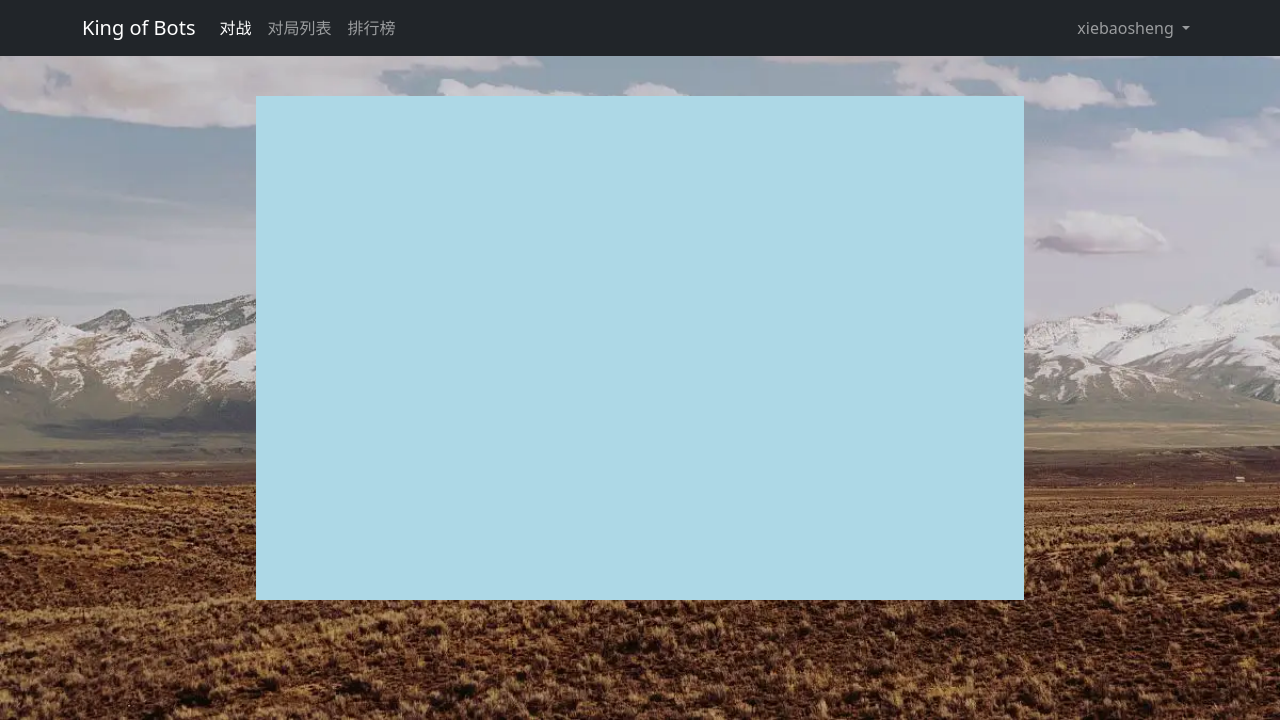
Repository: XieBaosheng/kob
Page: / (app in web/)
These files come from the project's save history. The page is drawn as it stood at one moment and after the next save; the edit follows.
The browser window is 1280 px wide. The pictures show the whole page.
The project was rebuilt for these pictures with package versions that can differ from the ones it lists, and the page was loaded fresh each time. Also part of the build but not shown: web/vue.config.js, web/src/components/ContentField.vue, web/src/views/record/RecordIndexView.vue, web/src/views/ranklist/RanklistIndexView.vue, web/src/views/user/bot/UserBotIndexView.vue, web/src/views/error/NotFound.vue.

Above is the page before, as saved 2024-05-26 22:10:03.

After the next save:
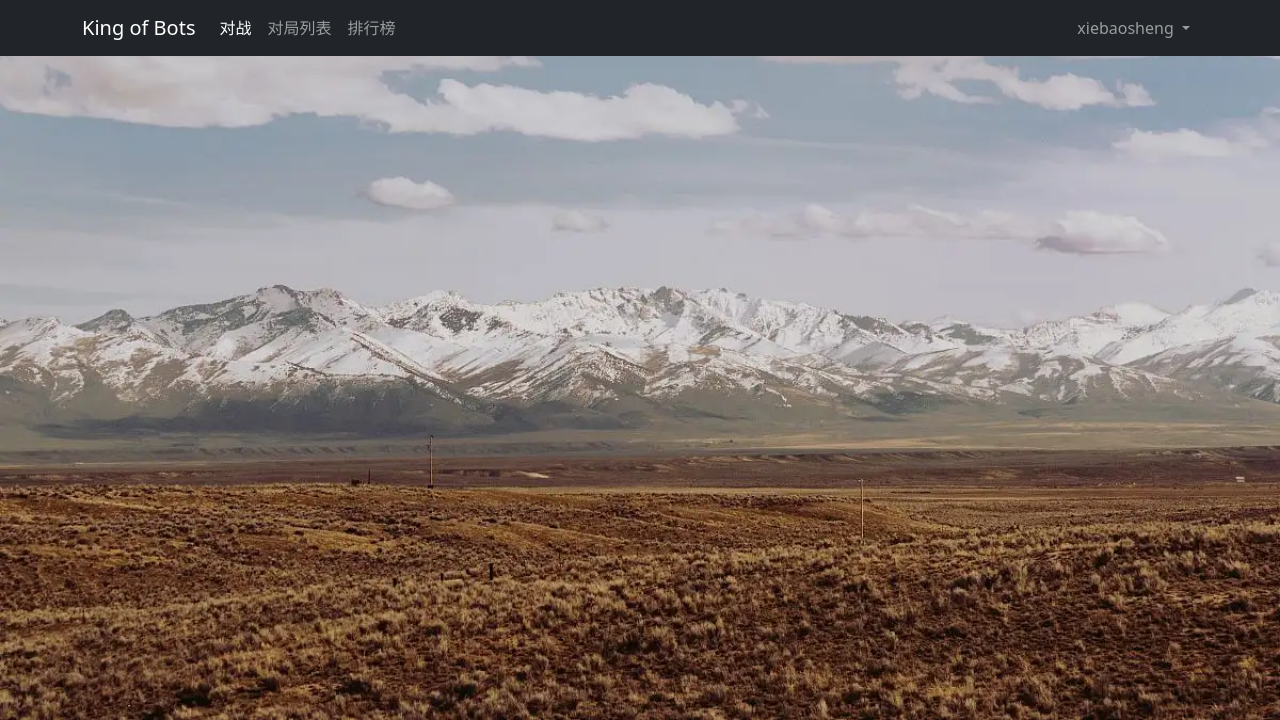
Saved 3 s later.
--- a/web/src/components/PlayGround.vue
+++ b/web/src/components/PlayGround.vue
@@ -1,5 +1,7 @@
 <template>
-<div class="playground"></div>
+<div class="playground">
+
+</div>
 </template>
 
 <script>
@@ -9,7 +11,6 @@
 div.playground {
     width: 60vw;
     height: 70vh;
-    background: lightblue;
     margin: 40px auto;
 }
 </style>
